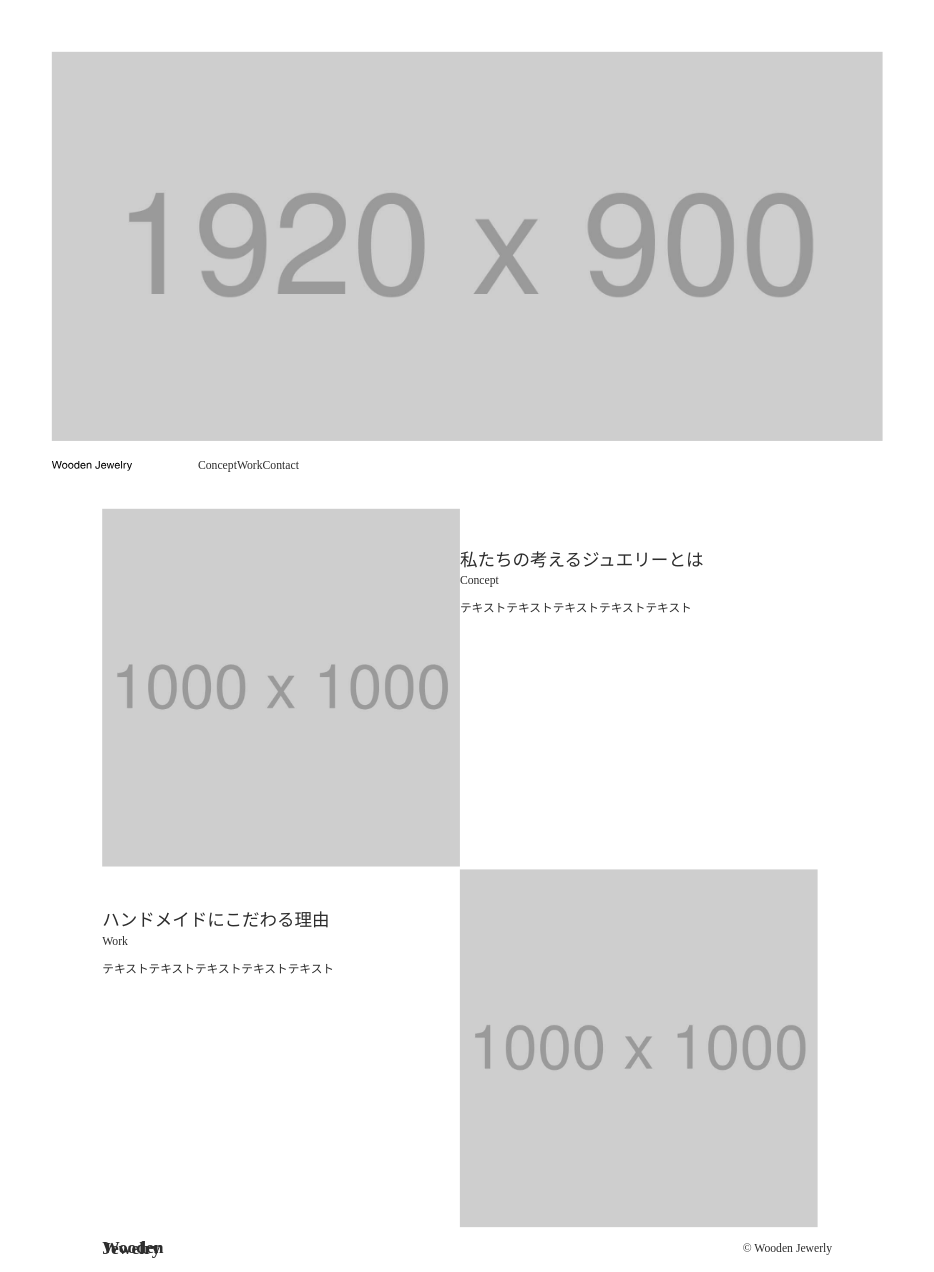
Repository: Fuki-san/jewelry
Page: http://localhost/jewelry
An editor plug-in stored every save of this project. The page is shown before and after a run of saves, followed by the edit.
The browser window is 1280 px wide. The pictures show the whole page, at 73% of full size.
The page is served by the project's Laravel application, run on PHP 8.4 with Laravel 10.

Above is the page before, as saved 2023-11-26 14:51:33.

After the next 3 saves:
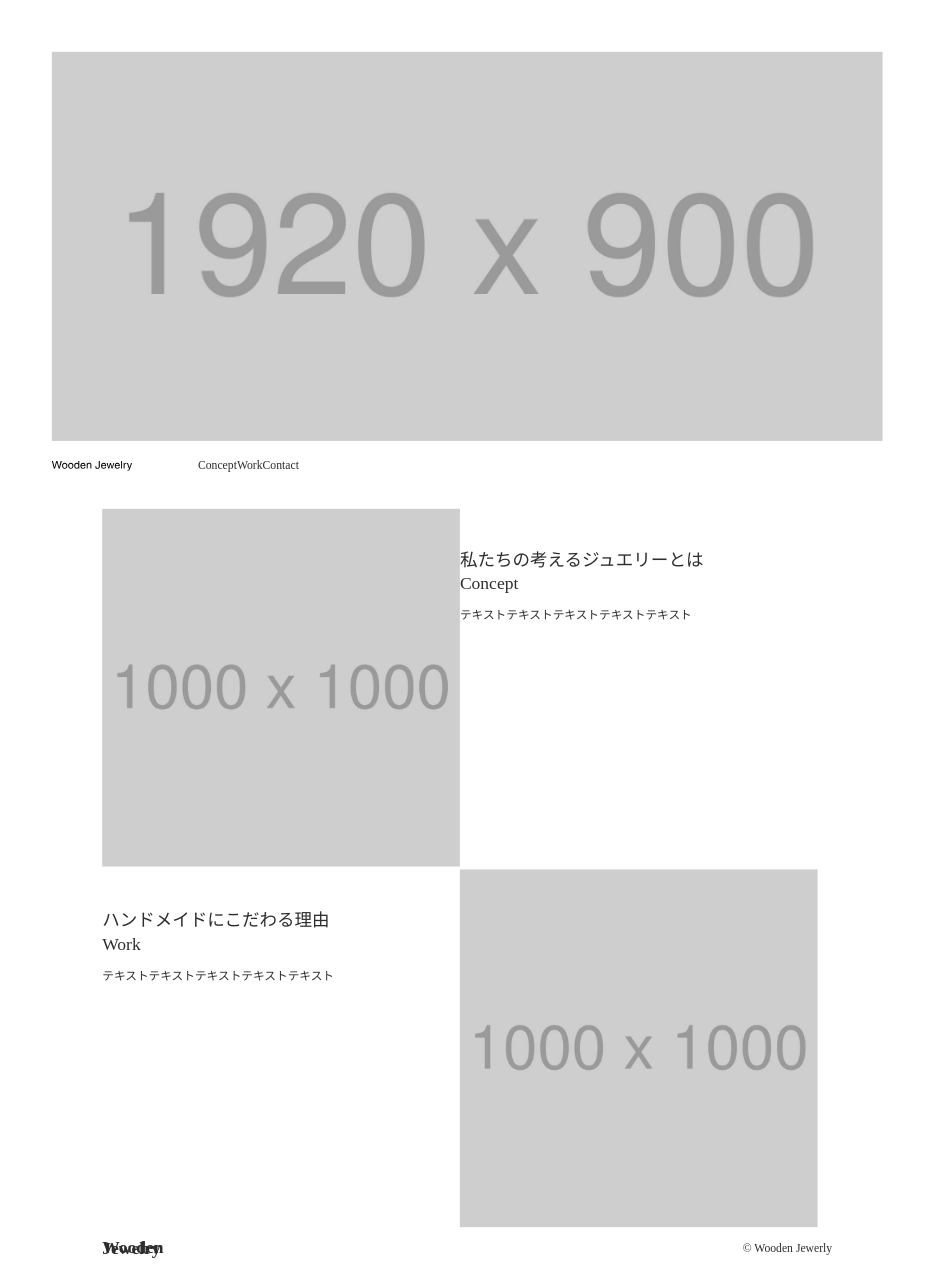
The 3 saves are shown as one change because they came seconds apart.
The last was saved 9 s later.
--- a/public/css/style.css
+++ b/public/css/style.css
@@ -47,7 +47,11 @@
     margin-bottom: 4px;
 }
 
-
+.section-title-en{
+    font-size: 1.5rem;
+    font-weight: normal;
+    margin-bottom: 4px;
+}
 
 
 

After the save that followed:
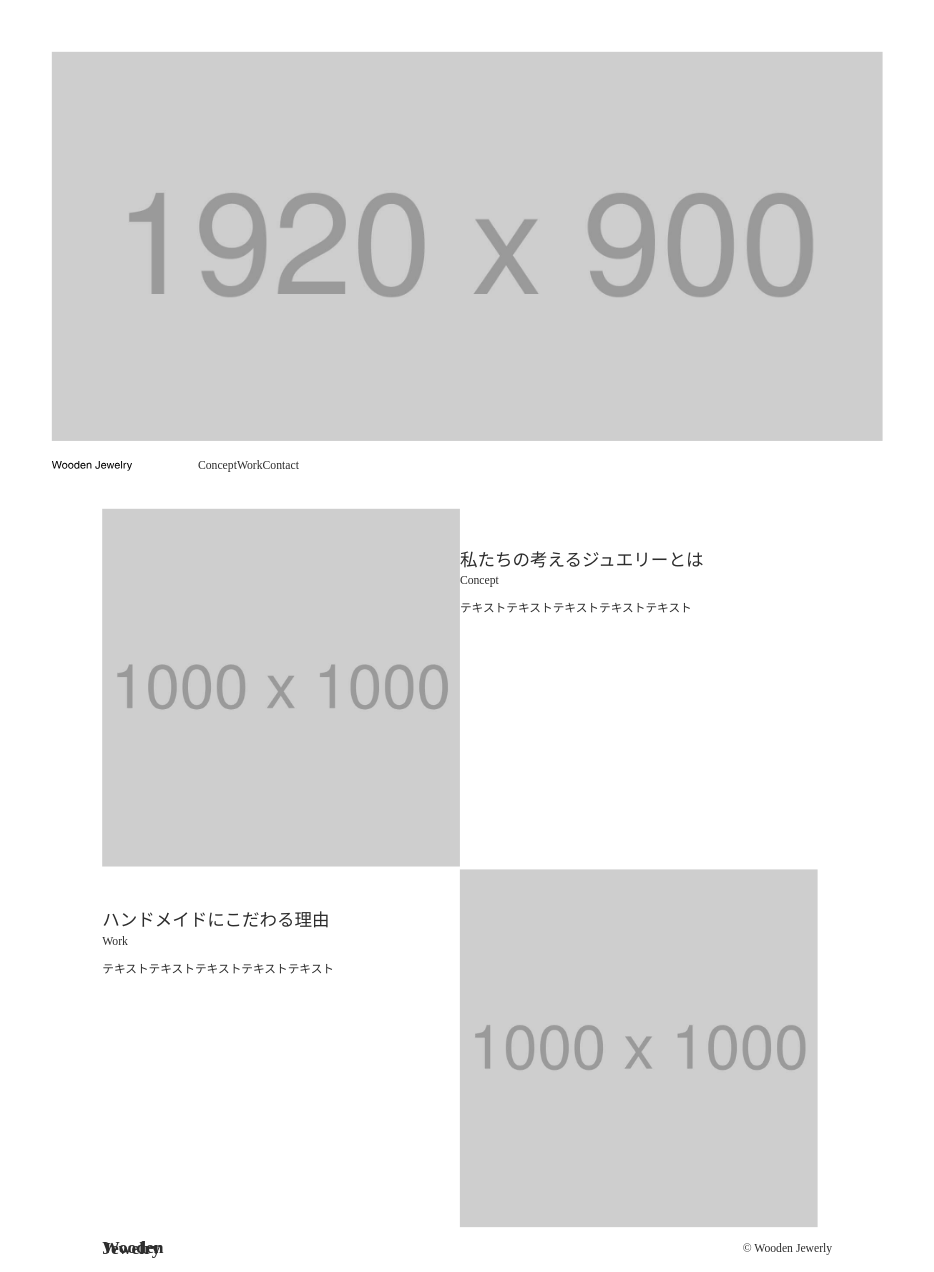
Saved 7 s later.
--- a/public/css/style.css
+++ b/public/css/style.css
@@ -48,9 +48,7 @@
 }
 
 .section-title-en{
-    font-size: 1.5rem;
-    font-weight: normal;
-    margin-bottom: 4px;
+
 }
 
 
